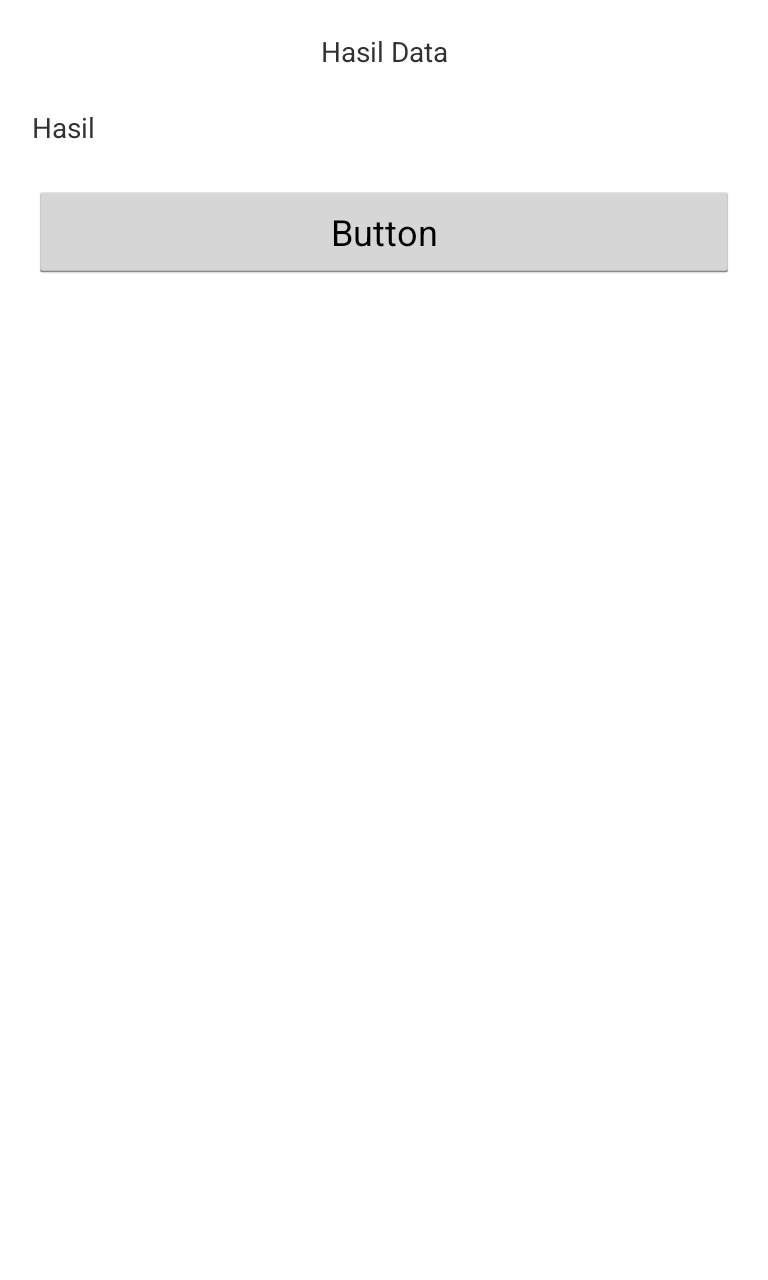
Repository: ikhsan-muhammad/mobile_programming
Layout: Kumpulan Project/Mobile_Muhammad_Ikhsan_19101152630175_IF5/res/layout/activity_page3.xml
The author's editor kept a copy of each file at every save. The layout is drawn from the files as they stood at one save, then again after the next save.
It is drawn on a 768 x 1280 px phone screen (xhdpi) without system bars, with theme AppTheme; the app's code is not run.

Above is the layout before, as saved 2022-07-13 01:52:12.

After the next save:
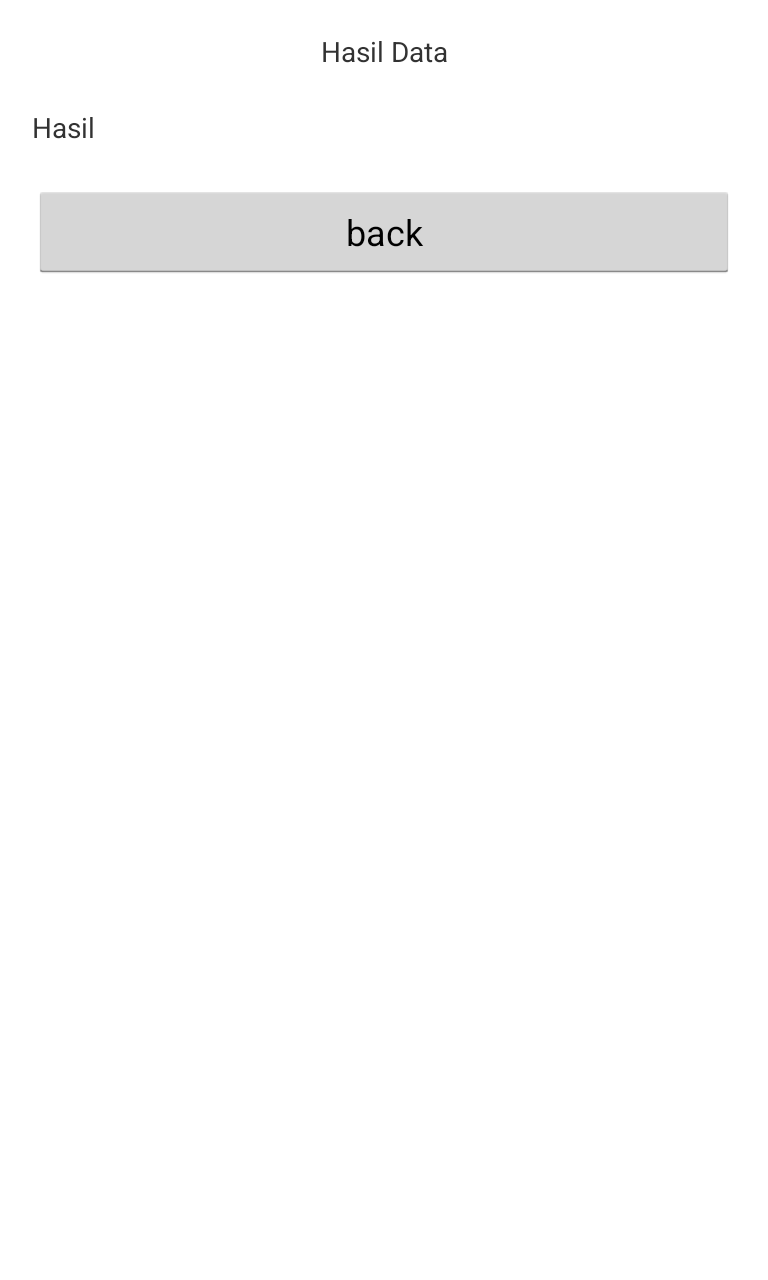
Saved 33 s later.
--- a/Kumpulan Project/Mobile_Muhammad_Ikhsan_19101152630175_IF5/res/layout/activity_page3.xml
+++ b/Kumpulan Project/Mobile_Muhammad_Ikhsan_19101152630175_IF5/res/layout/activity_page3.xml
@@ -55,10 +55,10 @@
                         android:text=" " />
 
                     <Button
-                        android:id="@+id/button1"
+                        android:id="@+id/btn_back"
                         android:layout_width="match_parent"
                         android:layout_height="wrap_content"
-                        android:text="Button" />
+                        android:text="back" />
 
                 </LinearLayout>
 
